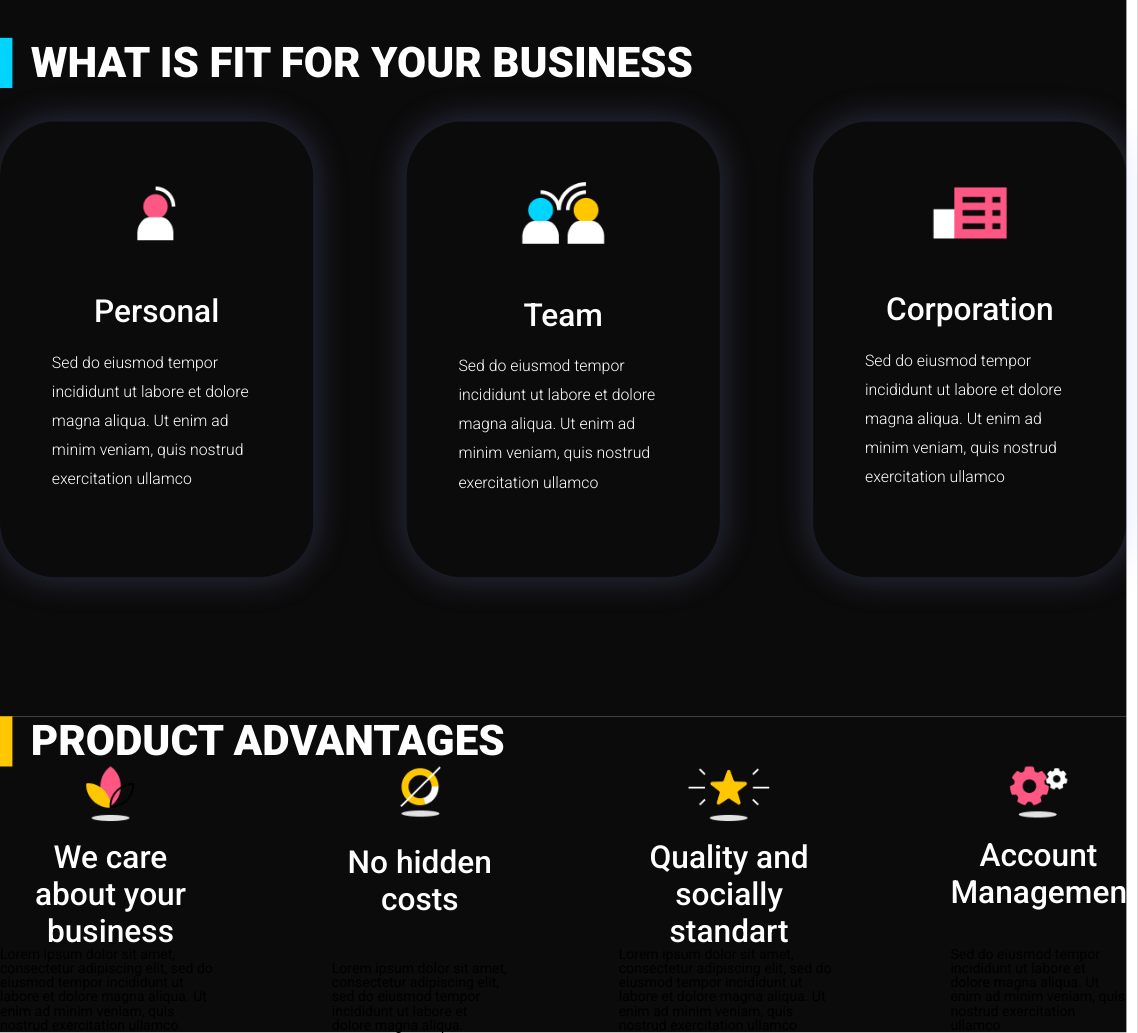
Repository: VetaWhale/team-site-test
Page: index.html
An editor plug-in stored every save of this project. The page is shown before and after the next save, followed by the edit.
The browser window is 1280 px wide. The page is 1293 px wide, so the pictures cover 1293 px, including what lies to the right of the window. The pictures show the whole page, at 88% of full size.
Some web fonts or font styles are not loaded; a fallback is used.

Above is the page before, as saved 2023-04-24 14:31:11.

### index.html
<!DOCTYPE html>
<html lang="en">

<head>
    <meta charset="UTF-8" />
    <link rel="stylesheet" href="./css/reset.css" />
    <link rel="preconnect" href="https://fonts.googleapis.com" />
    <link rel="preconnect" href="https://fonts.gstatic.com" crossorigin />
    <link href="https://fonts.googleapis.com/css2?family=Nunito:wght@400;800&family=Oranienbaum&family=Prata&family=Rammetto+One&family=Roboto:wght@300;400;500;700;900&display=swap" rel="stylesheet" />
    <link rel="stylesheet" href="./css/index.css" />
    <title>Our test site</title>
</head>

<body>
    <header></header>
    <main>
        <section class="business">
            <div class="business__title">
                <img class="business__icon" src="./resources/business_icon.png" alt="">
                <h2 class="business__text">
                    WHAT IS FIT FOR YOUR BUSINESS
                </h2>
            </div>
            <div class="business__container">
                <div class="business__item">
                    <img src="./resources/people__icon.png" alt="" />
                    <h2 class="business__title-text">Personal</h2>
                    <p class="business__description">
                        Sed do eiusmod tempor incididunt ut labore et dolore magna aliqua. Ut enim ad minim veniam, quis nostrud exercitation ullamco
                    </p>
                </div>

                <div class="business__item">
                    <img src="./resources/two_people__icon.png" alt="" />
                    <h2 class="business__title-text">Team</h2>
                    <p class="business__description">
                        Sed do eiusmod tempor incididunt ut labore et dolore magna aliqua. Ut enim ad minim veniam, quis nostrud exercitation ullamco
                    </p>
                </div>
                <div class="business__item">
                    <img src="./resources/home__icon.png" alt="" />
                    <h2 class="business__title-text">Corporation</h2>
                    <p class="business__description">
                        Sed do eiusmod tempor incididunt ut labore et dolore magna aliqua. Ut enim ad minim veniam, quis nostrud exercitation ullamco
                    </p>
                </div>
            </div>
        </section>
        <section class="product__section">
            <h2 class="product__title">
                <img src="./resources/product_icon.png" alt=""> PRODUCT ADVANTAGES
            </h2>
            <div class="product__container">
                <div class="product__item">
                    <img src="./resources/product_icon-flower.png" alt="">
                    <h2 class="product__title-text">
                        We care about your business
                    </h2>
                    <p class="product__description">
                        Lorem ipsum dolor sit amet, consectetur adipiscing elit, sed do eiusmod tempor incididunt ut labore et dolore magna aliqua. Ut enim ad minim veniam, quis nostrud exercitation ullamco
                    </p>
                </div>
                <div class="product__item">
                    <img src="./resources/product_icon-ellipse.png" alt="">
                    <h2 class="product__title-text">
                        No hidden costs
                    </h2>
                    <p class="product__description">
                        Lorem ipsum dolor sit amet, consectetur adipiscing elit, sed do eiusmod tempor incididunt ut labore et dolore magna aliqua.
                    </p>
                </div>
                <div class="product__item">
                    <img src="./resources/product_icon-star.png" alt="">
                    <h2 class="product__title-text">
                        Quality and socially standart
                    </h2>
                    <p class="product__description">
                        Lorem ipsum dolor sit amet, consectetur adipiscing elit, sed do eiusmod tempor incididunt ut labore et dolore magna aliqua. Ut enim ad minim veniam, quis nostrud exercitation ullamco
                    </p>
                </div>
                <div class="product__item">
                    <img src="./resources/ICON 04.png" alt="">
                    <h2 class="product__title-text">
                        Account Management
                    </h2>
                    <p class="product__description">
                        Sed do eiusmod tempor incididunt ut labore et dolore magna aliqua. Ut enim ad minim veniam, quis nostrud exercitation ullamco
                    </p>
                </div>
            </div>
        </section>
    </main>
    <footer></footer>
</body>

</html>

### css/index.css
/* Шрифты для нашего сайта */


/*
font-family: 'Nunito', sans-serif;
font-family: 'Oranienbaum', serif;
font-family: 'Prata', serif;
font-family: 'Rammetto One', cursive;
font-family: 'Roboto', sans-serif;
*/

@import'../css/business.css';
@import'../css/product.css';
body {
    font-family: 'Roboto', sans-serif;
}

### css/business.css
.business {
    width: 100%;
    background-color: #0C0B0B;
    padding-top: 43px;
    margin: 0 auto;
}

.business__container {
    max-width: 1440px;
    margin: 0 auto;
    display: flex;
    flex-direction: row;
    gap: 94px;
    padding-top: 38px;
    padding-bottom: 158px;
    justify-content: space-between;
}

.business__title {
    max-width: 1440px;
    margin: 0 auto;
    display: flex;
    gap: 20px;
}

.business__text {
    font-weight: 900;
    font-size: 48px;
    line-height: 56px;
    color: #FFFFFF;
}

.business__title-text {
    font-weight: 500;
    font-size: 36px;
    line-height: 42px;
    color: #FFFFFF;
    padding-top: 40px;
}

.business__item {
    display: flex;
    justify-content: center;
    align-items: center;
    flex-direction: column;
    width: 356px;
    height: 518px;
    box-shadow: 0px 0px 40px rgba(146, 163, 255, 0.25);
    border-radius: 63px;
    gap: 20px;
}

.business__description {
    font-weight: 300;
    font-size: 18px;
    line-height: 33px;
    color: #FFFFFF;
    width: 238.17px;
    height: 188px
}

### css/product.css
.product__section {
    width: 100%;
    background-color: #0C0B0B;
    margin: 0 auto;
}

.product__title {
    display: flex;
    font-weight: 900;
    font-size: 48px;
    line-height: 56px;
    color: #FFFFFF;
    gap: 20px;
}

.product__container {
    display: flex;
    margin: 0 auto;
    width: 100%;
    max-width: 1440px;
    flex-direction: row;
    gap: 126px;
}

.product__item {
    display: flex;
    flex-direction: column;
    align-items: center;
    justify-content: space-between;
    gap: 20px;
}

.product__title-text {
    font-weight: 500;
    font-size: 36px;
    line-height: 42px;
    width: 200px;
    height: 104px;
    color: #FFFFFF;
    text-align: center;
}

Loaded but not shown: css/reset.css (common file)

After the next save:
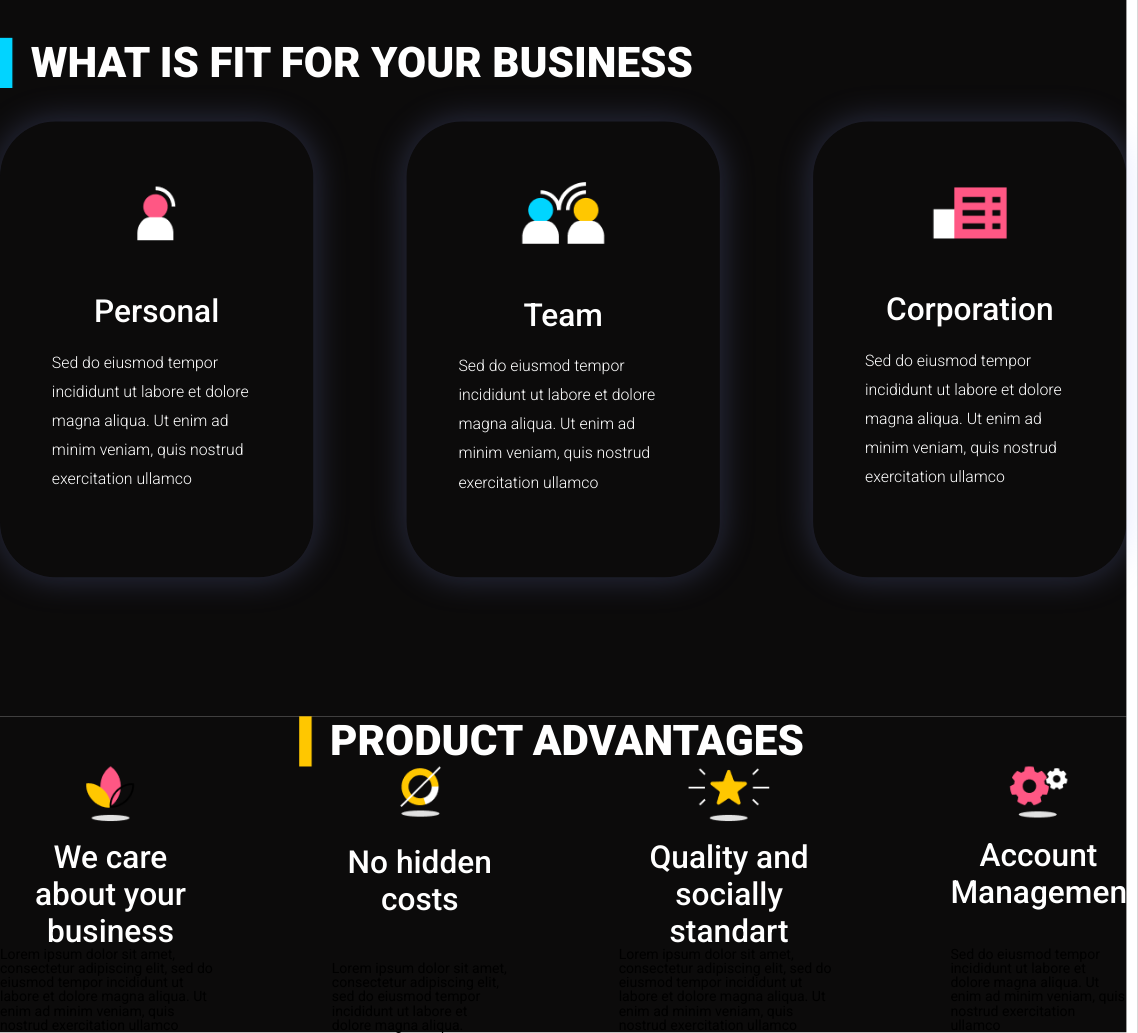
Saved 45 s later.
--- a/css/product.css
+++ b/css/product.css
@@ -5,6 +5,8 @@
 }
 
 .product__title {
+    width: 600px;
+    margin: 0 auto;
     display: flex;
     font-weight: 900;
     font-size: 48px;
